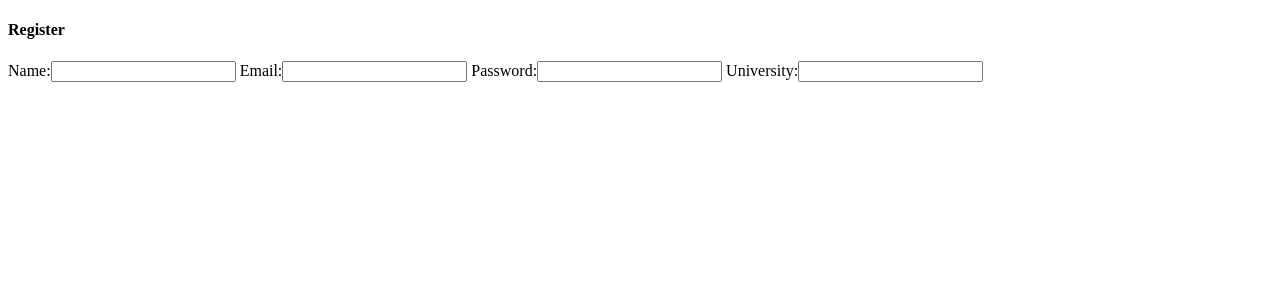
Repository: ankitaunhalkar/Bridgelabz-Servlet
Page: Servlet/WebContent/Register.html
These files come from the project's save history. The page is drawn as it stood at one moment and after the next save; the edit follows.
The browser window is 1280 px wide. The pictures show the whole page.

Above is the page before, as saved 2018-05-21 10:11:17.

After the next save:
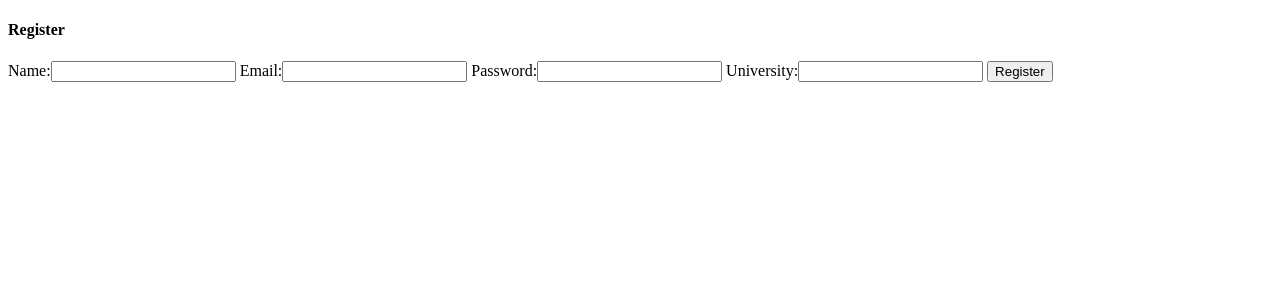
Saved 51 s later.
--- a/Servlet/WebContent/Register.html
+++ b/Servlet/WebContent/Register.html
@@ -10,6 +10,6 @@ Name:<input type="text" name="name">
 Email:<input type="text" name="email">
 Password:<input type="text" name="password">
 University:<input type="text" name="university">
-
+<input type="submit" value="Register"
 </body>
 </html>
